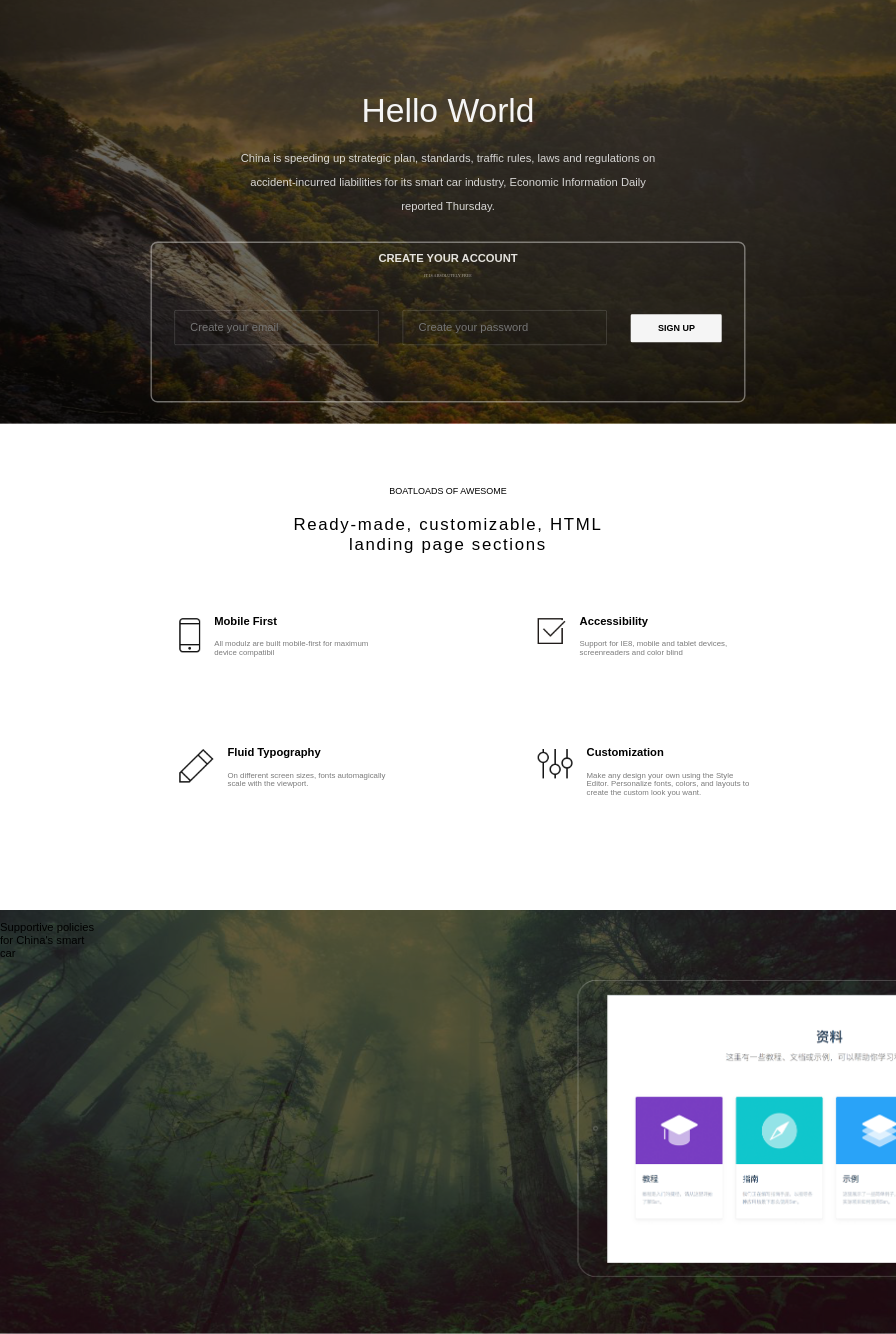
Repository: sogeisetsu/suy-ife
Page: 009-011/index.html
These files come from the project's save history. The page is drawn as it stood at one moment and after the next save; the edit follows.
The browser window is 1280 px wide. The pictures show the whole page, at 70% of full size.

Above is the page before, as saved 2019-10-11 23:39:42.

### 009-011/index.html
<!DOCTYPE html>
<html>
    <head>
        <meta name="charset" content="utf-8">
        <meta http-equiv="refresh" content="30">
        <link rel="stylesheet" href="normalize.css" type="text/css">
        <link rel="stylesheet" href="index.css" type="text/css">
    </head>
    <body>
        <div id=head>
            <div class=headback>
                <img src="sucai/head-back.png" alt="头部背景" class="head-image">
                <div class="headbackcolor"></div>
            </div>
            <div class="headfont">
                <h1 class="headfonttittle">Hello World</h1>
                <p class="headfonttext">China is speeding up strategic plan, standards, traffic rules, laws and regulations on  </p>
                <p class="headfonttext">accident-incurred liabilities for its smart car industry, Economic Information Daily </p>
                <p class="headfonttext">reported Thursday.</p>
            </div>
            <div class="headform">
                <h2 class="tittle">Create Your Account</h2>
                <p class="text">It is absolutely free</p>
                <form action="#">
                    <input class="input-field" type="email" name="email" id="email" placeholder="Create your email">
                    <input class="input-field" type="password" name="pws" id="pws" placeholder="Create your password">
                    <input class="sign-up" type="button" value="Sign Up">
                </form>
            </div>
        </div>
        <div id="page2">
            <div class="p2head">
                <p>Boatloads of Awesome</p>
                <h2>Ready-made, customizable, HTML <br>landing page sections</h2>
            </div>
            <div class="p2text">
                <div class="iphone">
                    <img src="sucai/Iphone Icon.png" alt="iphone">
                    <div class="texto">
                    <p class="tittle">Mobile First</p>
                    <p class="text">All modulz are built mobile-first for maximum<br>device compatibil </p>
                    </div>
                </div>
                <div class="check">
                    <img src="sucai/Check Icon.png" alt="check">
                    <div class="texto">
                    <p class="tittle">Accessibility</p>
                    <p class="text">Support for IE8, mobile and tablet devices,<br> screenreaders and color blind</p>
                    </div>
                </div>
                <div class="pencil">
                    <img src="sucai/Pencil Icon.png" alt="pencil">
                    <div class="texto">
                    <p class="tittle">Fluid Typography</p>
                    <p class="text">On different screen sizes, fonts automagically<br> scale with the viewport.</p>
                    </div>
                </div>
                <div class="setting">
                    <img src="sucai/Settings Icon.png" alt="setting">
                    <div class="texto">
                    <p class="tittle">Customization</p>
                    <p class="text">Make any design your own using the Style<br> Editor. Personalize fonts, colors, and layouts to<br> create the custom look you want.</p>
                    </div>
                </div>
            </div>
        </div>
        <div id=page3>
            <div class=page3back>
                <img src="sucai/page3background.png" alt="第三张背景" class="page3-image">
                <!-- <img src="sucai/page3Screen.png" alt="ipad屏幕" class="page3-screen"> -->
                <div class="headbackcolor"></div>
                <img src="sucai/page3Screen.png" alt="ipad屏幕" class="page3-screen">
            </div>
            <div class="page3text">
                <p class="tittle">Supportive policies<br> for China's smart<br> car</p>
            </div>
        </div>
    </body>
</html>

### 009-011/index.css
html,body{
    margin: 0;
    height: 100%;
    width: 100%;
}
#head,#page2,#page3{
    width: 100%;
    height: 605px;
}
.headback{
    position: relative;
    width: 100%;
    height: 100%;
    z-index: -1;
}
.page3back{
    width: 100%;
    height: 100%;
    z-index: -1;
}
.page3-screen{
    position: relative;
    bottom: 1210px;
    height: 70%;
    display: block;
     margin-top: 100px;
     margin-right: 0%;
     float: right;
}
.headbackcolor{
    background-color: rgba(12, 10, 8, 0.61);
    width: 100%;
    height: 100%;
    position: relative;
    bottom: 605px;
}
.head-image,.page3-image{
    height: 100%;
    width: 100%;
    display: block;
}
.headfont{
    position: relative;
    margin: 0;
    bottom: 605px;
    text-align: center;
}
.headfonttittle{
    margin-top: 130px;
    font-size: 3em;
    color: rgb(245, 245, 245);
    font-weight: 300;
}
.headfonttext{
    font-weight: 300;
    color: rgba(255, 255, 255, 0.808);
}
.headform{
    position: relative;
    bottom: 605px;
    margin: 40px auto;
    border-style: solid ;
    border-width: 2px;
    border-color: rgba(236, 235, 233, 0.445);
    border-radius: 10px;
    box-sizing: border-box;
    width: 850px;
    display: flex;
    flex-direction: column;
    height: 230px;
}
.headform .tittle{
    color: rgba(252, 249, 246, 0.89);
    text-transform: uppercase;
    font-size: 1em;
    text-align: center;
}
.headform .text{
    color: rgba(252, 249, 246, 0.616);
    text-transform: uppercase;
    font-size: 0.3em;
    text-align: center;
    margin-top: 0;
    font-family: Montserrat-Light;
}
.headform form{
    margin: 40px auto;
}
input{
    color: rgb(245, 245, 245);
}
.headform .input-field{
    width: 292px;
    height: 50px;
    padding: 18px 0 18px 22px;
    margin-right: 30px;
    box-sizing: border-box;
	border-radius: 2px;
	border: solid 1px rgba(255, 255, 255, 0.2);
    background: transparent;
}

.headform .sign-up{
    color: rgb(0, 0, 0);
    background-color: rgb(245, 245, 245);
    text-align: center;
    border: 0;
    height: 40px;
    width: 130px;
    text-transform: uppercase;
    font-size: 0.8em;
    font-weight: bold;
    border-radius: 2px;
    cursor: pointer;
    outline: none;
}
.headform .sign-up:active{
    border: 0;
    border-color: rgb(245, 245, 245);
    outline: none;
}
.p2head{
    text-align: center;
    margin-top: 90px;
}
.p2head p{
    text-transform: uppercase;
    /* letter-spacing: 0.2em; */
    font-weight: 400;
    font-size: 0.8em;
    margin-bottom: 2em;
}
.p2head h2{
    font-weight: 400;
    letter-spacing: 0.1em;
    line-height: 1.2em;

}
.p2text{
    margin-top: 50px;
    display: flex;
    flex-flow: row wrap;
    margin-left: 20%;
}
.iphone,.check,.pencil,.setting{
    flex: 50%;
    margin-bottom: 60px;
    margin-top: 40px;
    /* overflow: hidden; */
}
.iphone img,.iphone .texto,.check .texto,.check img,.pencil .texto,.pencil img,.setting img,.setting .texto{
    float: left;
}
.iphone .texto,.check .texto,.pencil .texto,.setting .texto{
    position: relative;
    left: 20px;
    bottom: 20px;
    margin: 0;
}
.texto .tittle{
    font-weight: bold;
}
.texto .text{
    font-size: 0.7em;
    color: rgba(0, 0, 0, 0.521);
}
.page3text{
    bottom: 605px;
    position: relative;
}

Loaded but not shown: 009-011/normalize.css (library)

After the next save:
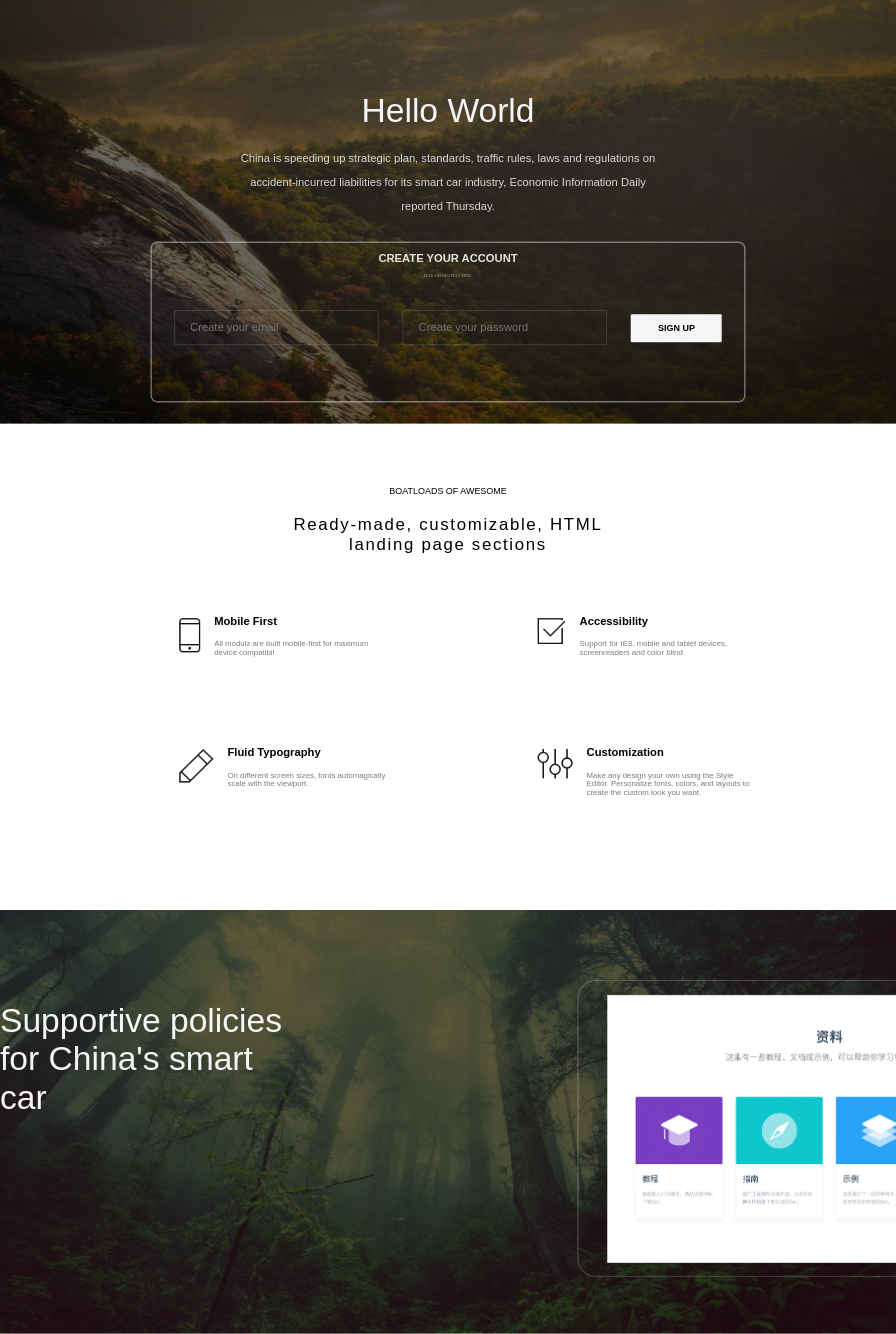
Saved 35 s later.
--- a/009-011/index.css
+++ b/009-011/index.css
@@ -45,7 +45,7 @@ html,body{
     bottom: 605px;
     text-align: center;
 }
-.headfonttittle{
+.headfonttittle,.page3text .tittle{
     margin-top: 130px;
     font-size: 3em;
     color: rgb(245, 245, 245);
